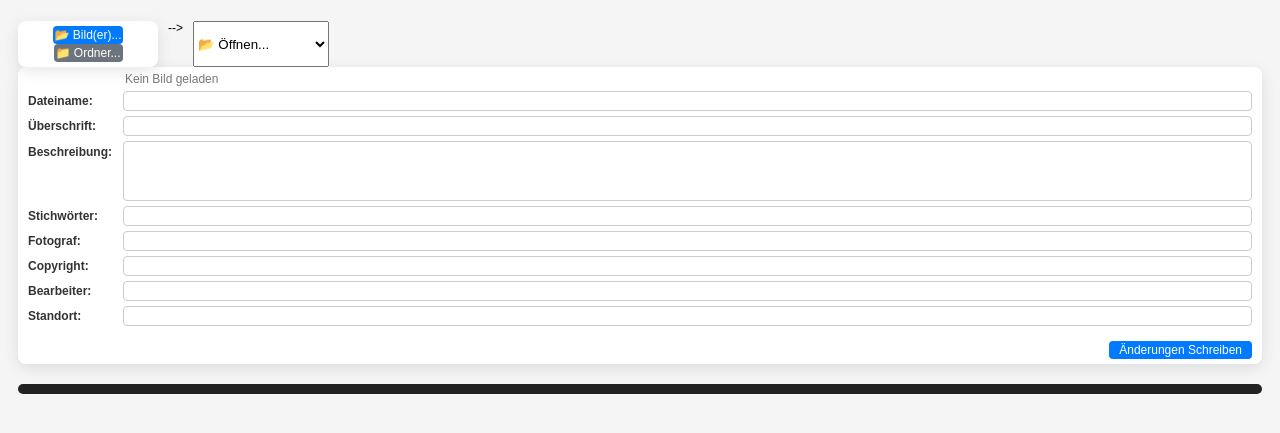
Repository: h-fahle/metadata
Page: ui/index.html
An editor plug-in stored every save of this project. The page is shown before and after the next save, followed by the edit.
The browser window is 1280 px wide. The pictures show the whole page.

Above is the page before, as saved 2026-08-17 14:27:34.

### ui/index.html
<!DOCTYPE html>
<html lang="de">

<head>
	<meta charset="UTF-8">
	<title>Tauri ExifTool Test</title>
	<link rel="stylesheet" href="style.css">
</head>

<body>

	<div class="main-container">

		<!-- Das Vorschaubild links -->
		<div id="sidebar">
			<!-- <button id="file-open" onclick="dateiAuswählen()">Datei öffnen</button> -->

<!-- 			<div style="display: flex; gap: 10px; margin-bottom: 20px;">
				<!-- Button A: Für einzelne oder viele Bilder -->
				<button onclick="auswählen('dateien')" style="background: #007BFF; padding: 2px; font-size: 12px;">
					📂 Bild(er)...
				</button>

				<!-- Button B: Für einen ganzen Ordner -->
				<button onclick="auswählen('ordner')" style="background: #6c757d; padding: 2px; font-size: 12px;">
					📁 Ordner...
				</button>
			</div>
 -->

			<select id="menue-oeffnen" onchange="menueAktion(this)" >
				<option value="" selected disabled>📂 Öffnen...</option>
				<option value="dateien">🖼️ Bilder öffnen...</option>
				<option value="ordner">📁 Ordner öffnen...</option>
			</select>

			<img id="vorschau-bild" src="" style="display:none;" />
			<div id="bild-info" style="text-align:center;">
				<span id="img-nummer"></span><br>
				<span id="img-datum"></span><br>
				<span id="img-groesse"></span>
			</div>
		</div>

		<!-- Das Formular rechts -->
		<form action="" method="post">

			<div id="ordner-pfad">Kein Bild geladen</div>

			<p>
				<label for="filename">Dateiname:</label>
				<input type="text" id="filename" name="filename" title="Im Einzelmodus: Änderung des Dateinamens bewirkt Umbenennung der Datei.
Im Stapelmodus: Ordnername is nicht änderbar." />
			</p>
			<p>
				<label for="caption">Überschrift:</label>
				<input type="text" id="caption" name="caption" title="Auch (Dokument-)Titel, Schlagzeile, Headline" />
			</p>
			<p>
				<label for="description">Beschreibung:</label>
				<textarea id="description" name="description" style="min-height: 60px;" title="Beschreibender Text in beliebiger Länge.
(Im Stapelmodus wird der eingegebene Text an vorhandenen angehängt.)
Hinweis: Einige Programme zeigen nur 2.000 Zeichen oder auch weniger an."></textarea>
			</p>
			<p>
				<label for="keywords">Stichwörter:</label>
				<input type="text" id="keywords" name="keywords" title="Komma-separierte Liste. Groß-/Kleinschreibung beachten.
Im Stapelmodus werden die eingegebenen Stichwörter an vorhandene angehängt." />
			</p>
			<p>
				<label for="creator">Fotograf:</label>
				<input type="text" id="creator" name="creator" title="Urheber, Ersteller, Autor
(Tags: Artitst, Creator, By-line)" />
			</p>
			<p>
				<label for="copyright">Copyright:</label>
				<input type="text" id="copyright" name="copyright" title="Urheberrechtshinweis; enthält in der Regel:
Name des Fotografen, Aufnahmejahr und Nutzungsrechte;
(z.B. 'Copyright [1975] [Mustermann], Alle Rechte vorbehalten')" />
			</p>
			<p>
				<label for="editor">Bearbeiter:</label>
				<input type="text" id="editor" name="editor" title="Verfasser der Metadaten
(Tags: Caption Writer, Writer Editor)" />
			</p>
			<p>
				<label for="position">Standort:</label>
				<input type="text" id="position" name="position" title="GPS-Koordinaten in Dezimalgrad (51.49129, 8.43317).
Ermitteln der Koordinaten in der Google Maps-Karte:
  1. mit rechter Maustaste auf den Standort klicken,
  2. auf die angezeigten Koordinaten klicken,
  3. der so gespeicherte Wert kann dann mit Strg+V kopiert werden." />
			</p>

			<!-- NEU: Der Speichern-Button am Ende des Formular-Containers -->
			<div style="text-align: right; margin-top: 15px;">
				<button onclick="exifSchreiben(event)" style="background: #007BFF;">Änderungen Schreiben</button>
			</div>

		</form>
	</div> <!-- Ende des main-containers -->

	<div id="ausgabe"></div>

	<script>

		let aktuellerBildPfad = "";

		async function dateiAuswählen() {
			try {
				const ergebnis = await window.__TAURI__.core.invoke('plugin:dialog|open', {
					options: {
						title: 'Bilddatei für ExifTool auswählen',
						directory: false,
						multiple: false,
						filters: [
							{ name: 'Bilder', extensions: ['jpg', 'jpeg', 'png', 'gif', 'tif', 'tiff', 'webp', 'avif', 'heic', 'heif'] }
						]
					}
				});

				// Wenn der Nutzer nicht abgebrochen hat (ergebnis ist nicht null)
				if (ergebnis) {
					// Falls das Ergebnis ein Objekt ist (z.B. { path: "..." }), holen wir den Pfad heraus,
					// ansonsten nehmen wir den String direkt.
					const pfad = typeof ergebnis === 'object' ? ergebnis.path : ergebnis;

					aktuellerBildPfad = pfad;

					// Sofort automatisch die Metadaten einlesen!
					exifAuslesen();
				}
			} catch (fehler) {
				document.getElementById("ausgabe").innerHTML = "<span style='color: red;'>Dialog-Fehler: " + fehler + "</span>";
			}
		}

		async function exifAuslesen() {
			const pfad = aktuellerBildPfad;
			const ausgabe = document.getElementById("ausgabe");
			const vorschauImg = document.getElementById("vorschau-bild");


			ausgabe.innerText = "Rufe ExifTool auf...";

			try {
				// 1. Metadaten über Rust holen
				const jsonText = await window.__TAURI__.core.invoke('lese_bild_metdaten', { dateipfad: pfad });
				const datenObjekt = JSON.parse(jsonText)[0]; 	// Das 1. JSON-Objekt im JSON-Array in JS-Objekt umwandeln

				document.getElementById('img-nummer').innerText = '# 0/0';
				let datum = datenObjekt.DateTimeOriginal;
				if (typeof datum === 'undefined') {
					datum = '(unbekannt)';
				}
				document.getElementById('img-datum').innerText = '\u{1F4F7} ' + datum || '';
				document.getElementById('img-groesse').innerText = '⤢ ' + datenObjekt.ImageSize || '';

				document.getElementById('filename').value = datenObjekt.FileName || '';
				document.getElementById('caption').value = datenObjekt.CMB_Caption || '';
				document.getElementById('description').value = datenObjekt.Description || '';
				document.getElementById('keywords').value = datenObjekt.Keywords || '';
				document.getElementById('creator').value = datenObjekt.Creator || '';
				document.getElementById('copyright').value = datenObjekt.Copyright || '';
				document.getElementById('editor').value = datenObjekt.CMB_Editor || '';
				document.getElementById('position').value = datenObjekt.GPSPosition || '';

				const vollerPfad = pfad;
				// Erkennt automatisch Linux-Schrägstriche (/) und Windows-Backslashes (\)
				const letzterSlash = Math.max(vollerPfad.lastIndexOf('/'), vollerPfad.lastIndexOf('\\'));
				let ordner = "Unbekannt";
				if (letzterSlash !== -1) {
					ordner = vollerPfad.substring(0, letzterSlash);
				}
				// Den berechneten Ordnerpfad in das neue Label schreiben
				document.getElementById('ordner-pfad').innerText = ordner;

				// Wir nehmen das erste Element der Liste (ExifTool liefert immer ein Array)
				// und stellen es schön formatiert im Browser dar
				// ausgabe.innerText = JSON.stringify(datenObjekt[0], null, 2);
				ausgabe.innerText = jsonText;

				// Wir fragen Rust nach dem besten Weg für das Bild
				const vorschauErgebnis = await window.__TAURI__.core.invoke('hole_vorschaubild', { dateipfad: pfad });

				if (vorschauErgebnis === "STANDARD") {
					// Normales JPG/PNG über das Asset-Protokoll
					const assetUrl = window.__TAURI__.core.convertFileSrc(pfad);
					vorschauImg.src = assetUrl + "?t=" + new Date().getTime();
				} else if (vorschauErgebnis.startsWith("data:[embedded picture, 23 characters]")) {
					// TIF/TIFF über den im RAM kompilierten Rust-Wandler
					vorschauImg.src = vorschauErgebnis;
				}

				vorschauImg.style.display = "block";

			} catch (fehler) {
				ausgabe.innerHTML = "<span style='color: red;'>Fehler: " + fehler + "</span>";
				vorschauImg.style.display = "none";
				infoText.innerText = "Fehler beim Laden";
			}
		}

		async function exifSchreiben(ereignis) {
			if (ereignis) ereignis.preventDefault();  // verbietet dem Browser den automatischen Seiten-Reset!

			const pfad = aktuellerBildPfad;
			const ausgabe = document.getElementById("ausgabe");

			ausgabe.innerText = "Speichere Daten über ExifTool...";

			// Wir sammeln alle aktuellen Werte aus den Eingabefeldern ein
			const daten = {
				dateipfad: pfad,
				filename: document.getElementById('filename').value,
				caption: document.getElementById('caption').value,
				description: document.getElementById('description').value,
				keywords: document.getElementById('keywords').value.split(',').map(s => s.trim()).join(', '),
				creator: document.getElementById('creator').value,
				copyright: document.getElementById('copyright').value,
				editor: document.getElementById('editor').value,
				gps: document.getElementById('position').value
			};

			try {
				// Wir schicken das gesamte Paket an die Rust-Funktion 'schreibe_bild_metdaten'
				const antwort = await window.__TAURI__.core.invoke('schreibe_bild_metdaten', daten);

				// Bei Erfolg zeigen wir die Meldung in grüner Schrift an
				ausgabe.innerHTML = "<span style='color: #00ff00;'>" + antwort + "</span>";

				// 2. Da der Pfad dank preventDefault() jetzt bombenfest im Feld stehen bleibt,
				// funktioniert das Neuladen nun augenblicklich und fehlerfrei!
				await exifAuslesen();

			} catch (fehler) {
				// Falls etwas schiefgeht (z.B. Datei schreibgeschützt), zeigen wir den Fehler an
				ausgabe.innerHTML = "<span style='color: red;'>Fehler beim Speichern: " + fehler + "</span>";
			}
		}

	</script>
</body>

</html>

### ui/style.css
body {
	font-family: sans-serif;
	font-size:12px;
	padding: 3px 10px;
	background: #f5f5f5;
}

button {
	padding: 2px 10px;
	font-size: 12px;
	cursor: pointer;
	background: #28a745;
	color: white;
	border: none;
	border-radius: 4px;
}

#ausgabe {
	margin-top: 20px;
	background: #222;
	color: #00ff00;
	padding: 5px;
	border-radius: 5px;
	font-family: monospace;
	white-space: pre-wrap;
	overflow-x: auto;
}
input#bildpfad {
	width: 350px;
}

/* Der neue Haupt-Container für die Nebeneinander-Ausrichtung */
.main-container {
	margin-top: 10px;
	display: flex;
	flex-direction: row;  /* Elemente nebeneinander */
	gap: 10px;            /* Abstand zwischen Bild und Formular */
	width: 100%;
	box-sizing: border-box;
}

/* Styling für den Bild-Bereich */
#sidebar {
	width: 130px;
	min-width: 130px;
	display: flex;
	flex-direction: column;
  	align-items: center;
  	justify-content: flex-start;
	padding: 5px;
	background-color: #ffffff;
	border-radius: 8px;
	box-shadow: 0 4px 15px rgba(0, 0, 0, 0.1);
}
#file-open {
	 width: 130px;
	 margin-bottom: 10px;
}
#vorschau-bild {
	width: 130px;
	height: auto;
	border: 1px outset gray;
}

/* Container des Formulars */
form {
	flex-grow: 1;
	margin: 0;
	padding: 5px 10px;
	background-color: #ffffff;
	border-radius: 8px;
	box-shadow: 0 4px 15px rgba(0, 0, 0, 0.1);
	font-family: Arial, sans-serif;
}

form p {
	display: flex;
	align-items: center;
	margin: 6px 0;       /* Geringer Zeilenabstand */
	width: 100%;
	margin-top: 5px;    /* Kleiner Abstand nach oben */
	margin-bottom: 5px; /* Kleiner Abstand nach unten */
}

label[for="description"] {
    align-self: flex-start;  /* DIESE ZEILE IST DIE RETTUNG: Richtet NUR dieses Label oben aus! */
    margin-top: 4px;         /* Feinjustierung, damit es perfekt auf der Linie der ersten Textzeile liegt */
}

#ordner-pfad {
	margin-left: 97px;
	margin-bottom: 2px;
	color: #777777;
	font-size: 12px;
	font-family: Arial, sans-serif;
}

/* Feste Breite für die Labels + Linksbündig */
label {
	display: inline-block;
	width: 95px;
	text-align: left;
	font-weight: bold;
	color: #333333;
	flex-shrink: 0; /* Verhindert, dass der Text zusammengedrückt wird */
}

/* Eingabefelder füllen den restlichen Platz der Zeile aus */
input[type="text"],
textarea {
	flex-grow: 1; /* Alle Felder starten exakt an der gleichen Linie */
	width: 100%;
	min-width: 0;
	padding: 2px;
	border: 1px solid #cccccc;
	border-radius: 4px;
	box-sizing: border-box;
	font-size: 12px;
}
textarea {
    /* DIESE BEIDEN ZEILEN LÖSEN DAS LINUX-PROBLEM ENDGÜLTIG: */
    field-sizing: content;   /* Die Box wächst automatisch zeilenweise mit! */
    overflow: hidden;        /* Schaltet Scrollbalken und damit den Bug komplett ab */
    resize: none;            /* Der Nutzer muss nicht mehr manuell ziehen */
}

/* Aktives Feld bei Klick */
input:focus,
textarea:focus {
	border-color: #007BFF;
	outline: none;
	box-shadow: 0 0 5px rgba(0, 123, 255, 0.5);
}

/* Der Absendeknopf richtet sich nach den Eingabefeldern aus */
.button-group {
	display: flex;
	justify-content: flex-end;
}

button[type="submit"] {
	width: 200px;
	padding: 12px;
	background-color: #007BFF;
	color: white;
	border: none;
	border-radius: 4px;
	font-size: 16px;
	cursor: pointer;
	transition: background-color 0.3s ease;
}
button[type="submit"]:hover {
	background-color: #0056b3;
}

After the next save:
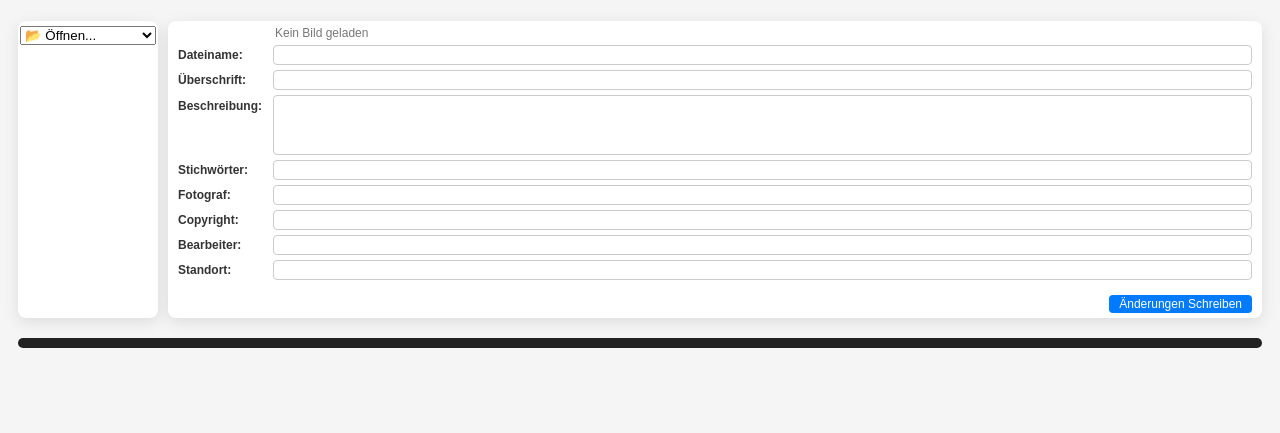
Saved 74 s later.
--- a/ui/index.html
+++ b/ui/index.html
@@ -15,18 +15,6 @@
 		<div id="sidebar">
 			<!-- <button id="file-open" onclick="dateiAuswählen()">Datei öffnen</button> -->
 
-<!-- 			<div style="display: flex; gap: 10px; margin-bottom: 20px;">
-				<!-- Button A: Für einzelne oder viele Bilder -->
-				<button onclick="auswählen('dateien')" style="background: #007BFF; padding: 2px; font-size: 12px;">
-					📂 Bild(er)...
-				</button>
-
-				<!-- Button B: Für einen ganzen Ordner -->
-				<button onclick="auswählen('ordner')" style="background: #6c757d; padding: 2px; font-size: 12px;">
-					📁 Ordner...
-				</button>
-			</div>
- -->
 
 			<select id="menue-oeffnen" onchange="menueAktion(this)" >
 				<option value="" selected disabled>📂 Öffnen...</option>
